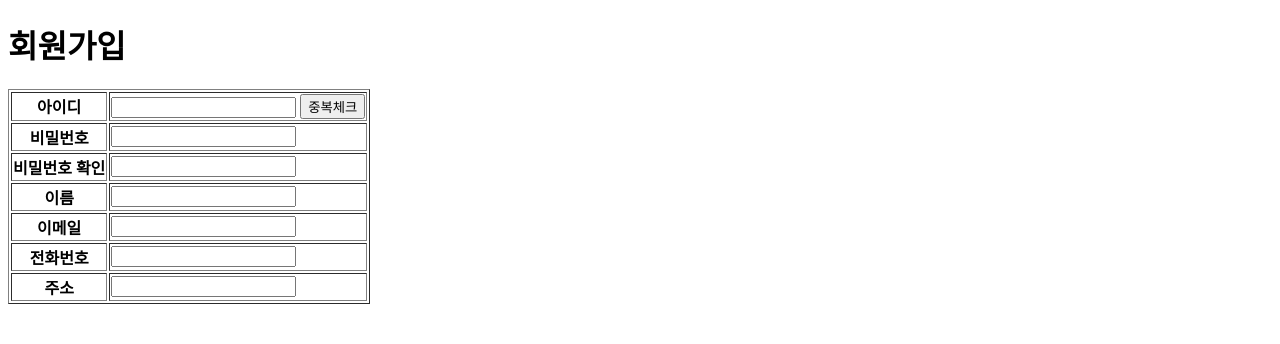
Repository: dhdhdht/Semi-login
Page: http://localhost/Semi_login/regist.jsp
These files come from the project's save history. The page is drawn as it stood at one moment and after the next save; the edit follows.
The browser window is 1280 px wide. The pictures show the whole page.
The page is served by Tomcat 9. Other server files are loaded and not shown.

Above is the page before, as saved 2021-03-27 07:48:51.

### Semi_login/WebContent/regist.jsp
<%@ page language="java" contentType="text/html; charset=UTF-8"
    pageEncoding="UTF-8"%>
<!DOCTYPE html>
<html>
<head>
<meta charset="UTF-8">
<title>Insert title here</title>
</head>
<body>

	<h1>회원가입</h1>

	<form action="" method="post">
		<input type="hidden" name="command" value="insertuser" />

		<table border="1">
			<tr>
				<th>아이디</th>
				<td>
					<input type="text" name="member_id" required="required" />
					<input type="button" value="중복체크" onclick="idChk();"/>
				</td>
			</tr>
			<tr>
				<th>비밀번호</th>
				<td>
					<input type="password" name="member_pw" required="required" onclick="idChkProc();" />
				</td>
			</tr>
			<tr>
				<th>비밀번호 확인</th>
				<td>
					<input type="password" name="" />
				</td>
			</tr>
			<tr>
				<th>이름</th>
				<td>
					<input type="text" name="member_name" required="required" onclick="idChkProc();" />
				</td>
			</tr>
			<tr>
				<th>이메일</th>
				<td>
					<input type="text" name="member_email" required="required" onclick="idChkProc();" />
				</td>
			</tr>
			<tr>
				<th>전화번호</th>
				<td>
					<input type="text" name="member_phone" required="required" onclick="idChkProc();" />
				</td>
			</tr>
			<tr>
				<th>주소</th>
				<td>
					<input type="text" />
				</td>
			</tr>
		</table>
	</form>

</body>
</html>

After the next save:
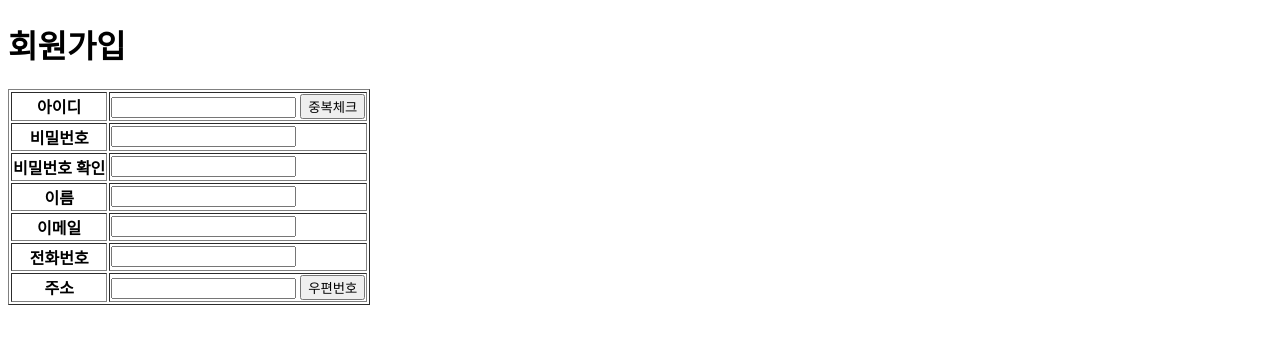
Saved 3 min 52 s later.
--- a/Semi_login/WebContent/regist.jsp
+++ b/Semi_login/WebContent/regist.jsp
@@ -55,6 +55,7 @@
 				<th>주소</th>
 				<td>
 					<input type="text" />
+					<input type="button" value="우편번호" />
 				</td>
 			</tr>
 		</table>
